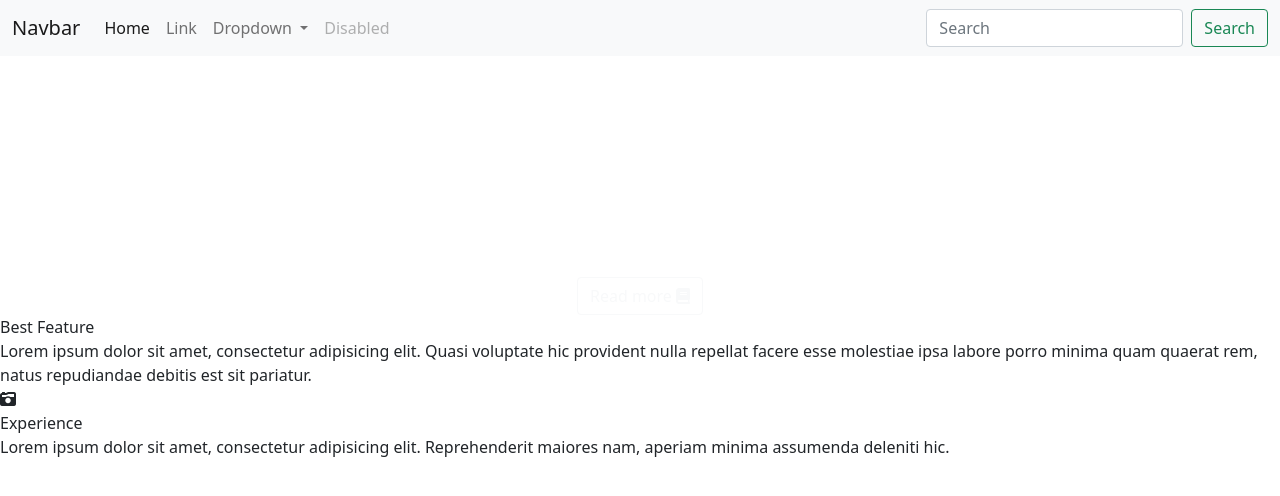
Repository: nptg3105/lab04-landing-page-boostrap5
Page: index.html
These files come from the project's save history. The page is drawn as it stood at one moment and after the next save; the edit follows.
The browser window is 1280 px wide. The pictures show the whole page.

Above is the page before, as saved 2021-12-19 10:02:20.

After the next save:
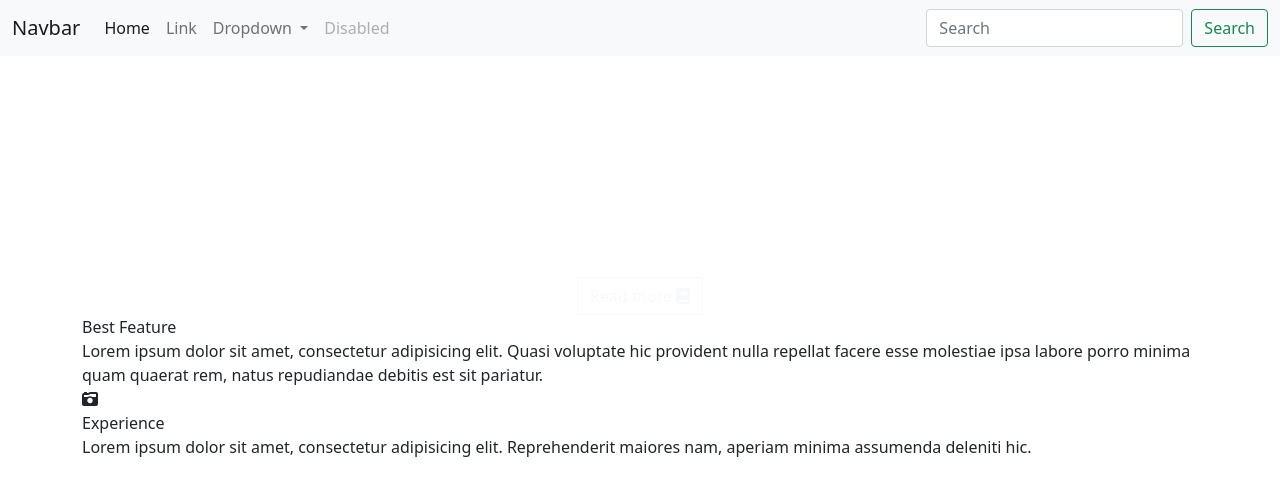
Saved 35 s later.
--- a/index.html
+++ b/index.html
@@ -88,15 +88,18 @@
        </div>
       </div>
       <div class="feature">
-        <div class="feature__heading">Best Feature</div>
-        <div class="feature__detail">Lorem ipsum dolor sit amet, consectetur adipisicing elit. Quasi voluptate hic provident nulla repellat facere esse molestiae ipsa labore porro minima quam quaerat rem, natus repudiandae debitis est sit pariatur.</div>
-        <div class="feature__list">
-          <div class="feature__item">
-            <div class="feature__icon"><i class="fas fa-camera-retro"></i></div>
-            <div class="feature__title">Experience</div>
-            <div class="feature__desc">Lorem ipsum dolor sit amet, consectetur adipisicing elit. Reprehenderit maiores nam, aperiam minima assumenda deleniti hic.</div>
+        <div class="container">
+          <div class="feature__heading">Best Feature</div>
+          <div class="feature__detail">Lorem ipsum dolor sit amet, consectetur adipisicing elit. Quasi voluptate hic provident nulla repellat facere esse molestiae ipsa labore porro minima quam quaerat rem, natus repudiandae debitis est sit pariatur.</div>
+          <div class="feature__list">
+            <div class="feature__item">
+              <div class="feature__icon"><i class="fas fa-camera-retro"></i></div>
+              <div class="feature__title">Experience</div>
+              <div class="feature__desc">Lorem ipsum dolor sit amet, consectetur adipisicing elit. Reprehenderit maiores nam, aperiam minima assumenda deleniti hic.</div>
+            </div>
           </div>
         </div>
+
       </div>
     </header>
 
